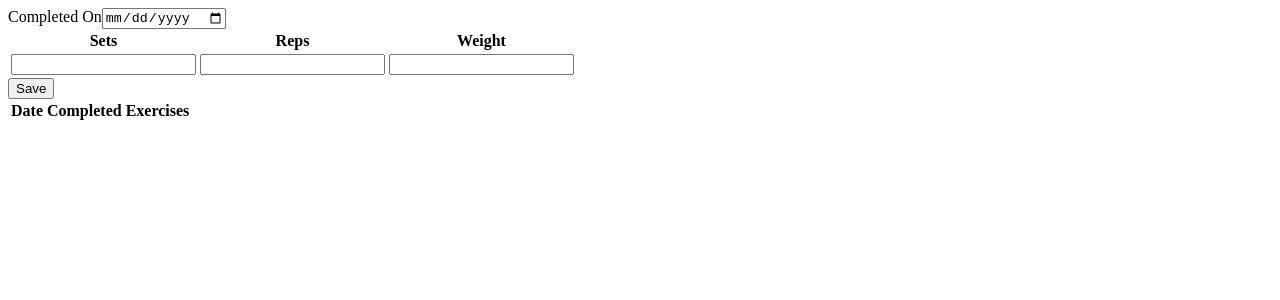
Repository: Kayla-amr/Exercise-Tracking-App
Page: / (app in exerciseTracking/)
The author's editor kept a copy of each file at every save. The page is drawn from the files as they stood at one save, then again after a run of saves.
The browser window is 1280 px wide. The pictures show the whole page.
The project was rebuilt for these pictures with package versions that can differ from the ones it lists, and the page was loaded fresh each time. Also part of the build but not shown: exerciseTracking/vite.config.ts, exerciseTracking/src/assets/main.css.

Above is the page before, as saved 2023-03-17 13:28:39.

### exerciseTracking/src/main.ts
import { createApp } from 'vue'
import App from './App.vue'

import './assets/main.css'

const app = createApp(App)

app.mount('#app')

### exerciseTracking/src/App.vue
<script setup>
import trackingForm from './components/trackingForm.vue'
import trackingHistory from './components/trackingHistory.vue'
</script>

<template>
    <div id="app">
        <tracking-form />
        <tracking-history :exercise="exercise" />

    </div>
</template>

<script>
export default{
    name: 'app',
    components: {
        trackingForm,
        trackingHistory
    },
    data() {
        return {
            exercises: [
              {
                id: 1,
                date: '2021-01-01',
                sets: '3',
                reps: '10',
                weight: '30'
              },
              {
                id: 2,
                date: '2021-01-02',
                sets: '3',
                reps: '10',
                weight: '30'
              },
              {
                id: 3,
                date: '2021-01-03',
                sets: '3',
                reps: '10',
                weight: '30'
              }
            ]
        }
    }
}
</script>

### exerciseTracking/src/components/trackingForm.vue
<template>
    <div id="tracking-form">
        <form @submit.prevent="handleSubmit">
            <label for="date">Completed On</label>
            <input type="date" v-model="date">
            <table>
                <thead>
                    <tr>
                        <th>Sets</th>
                        <th>Reps</th>
                        <th>Weight</th>
                    </tr>
                </thead>
                <tbody>
                    <tr>
                        <td><input type="text" v-model="sets"></td>
                        <td><input type="number" v-model="reps"></td>
                        <td><input type="number" v-model="weight"></td>
                    </tr>
                </tbody>
            </table>
            <button type="submit">Save</button>
        </form>
    </div>
</template>


<script>
export default {
    name: 'tracking-form',
    data() {
        return {
            exercise: {
                date: '',
                sets: '',
                reps: '',
                weight: ''
            }
        }
    }
}
</script>

### exerciseTracking/src/components/trackingHistory.vue
<template>
    <div id="tracking-history">
        <table>
            <thead>
                <tr>
                    <th>Date Completed</th>
                    <th>Exercises</th>
                </tr>
            </thead>
            <tbody>
                <tr v-for="exercise in exercises" :key="exercise.id">
                    <td>{{ exercise.date }}</td>
                    <td>{{ exercise.exercises }}</td>
                </tr>
            </tbody>
        </table>
    </div>
</template>

<script>
export default{
    name: 'tracking-history',
    props: {
        exercises: {
            type: Array
        }
    }
}
</script>

Loaded but not shown: exerciseTracking/index.html (common file)

After the next 2 saves:
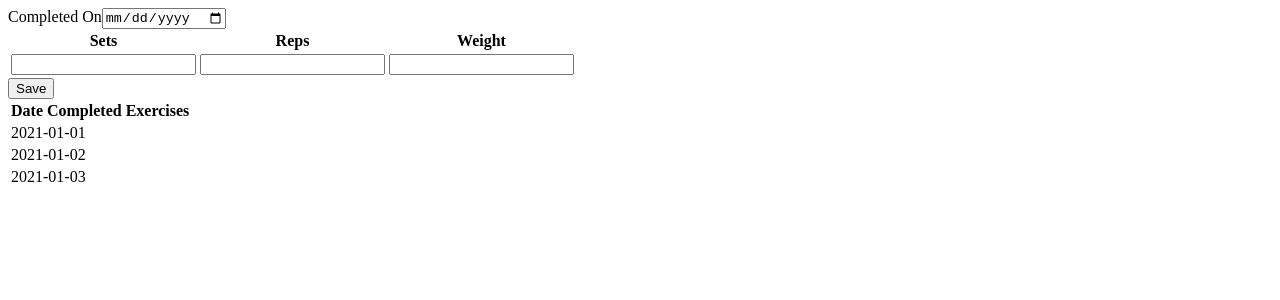
The 2 saves are shown as one change because they came seconds apart.
The last was saved 87 s later.
--- a/exerciseTracking/src/App.vue
+++ b/exerciseTracking/src/App.vue
@@ -6,7 +6,7 @@ import trackingHistory from './components/trackingHistory.vue'
 <template>
     <div id="app">
         <tracking-form />
-        <tracking-history :exercise="exercise" />
+        <tracking-history :exercises="exercises" />
 
     </div>
 </template>
